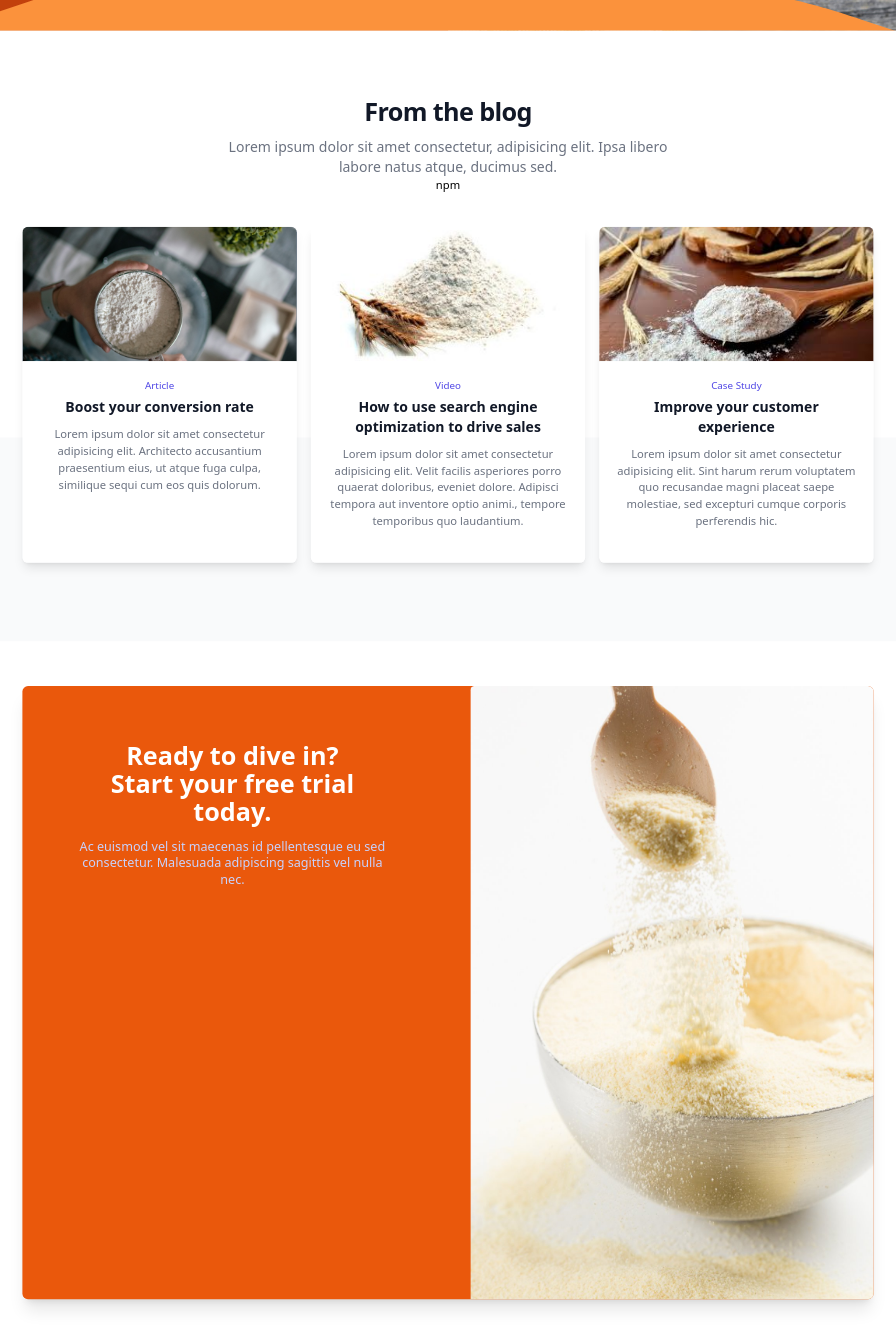
Repository: bellatrick/prime-foods
Page: /
An editor plug-in stored every save of this project. The page is shown before and after the next save, followed by the edit.
The browser window is 1280 px wide. The pictures show the part of the page from y = 690 to 2610 px (the page is 2610 px tall), at 70% of full size.
Some web fonts or font styles are not loaded; a fallback is used. The project was rebuilt for these pictures with package versions that can differ from the ones it lists, and the page was loaded fresh each time. A package was used in the major version that the imports need, not the one package.json lists.

Above is the page before, as saved 2022-04-30 20:05:50.

### public/index.html
<!DOCTYPE html>
<html lang="en">
  <head>
    <meta charset="utf-8" />
    <link rel="icon" href="%PUBLIC_URL%/favicon.ico" />
    <meta name="viewport" content="width=device-width, initial-scale=1" />
    <meta name="theme-color" content="#000000" />
    <meta
      name="description"
      content="Web site created using create-react-app"
    />
    <link rel="apple-touch-icon" href="%PUBLIC_URL%/logo192.png" />
    <link rel="preconnect" href="https://fonts.googleapis.com" />
    <link rel="preconnect" href="https://fonts.gstatic.com" crossorigin />
    <link
      href="https://fonts.googleapis.com/css2?family=Dancing+Script:wght@400;500;600;700&family=Inter:wght@100;200;300;400;500;700;900&family=Kavoon&display=swap"
      rel="stylesheet"
    />
    <!--
      manifest.json provides metadata used when your web app is installed on a
      user's mobile device or desktop. See https://developers.google.com/web/fundamentals/web-app-manifest/
    -->
    <link rel="manifest" href="%PUBLIC_URL%/manifest.json" />
    <!--
      Notice the use of %PUBLIC_URL% in the tags above.
      It will be replaced with the URL of the `public` folder during the build.
      Only files inside the `public` folder can be referenced from the HTML.

      Unlike "/favicon.ico" or "favicon.ico", "%PUBLIC_URL%/favicon.ico" will
      work correctly both with client-side routing and a non-root public URL.
      Learn how to configure a non-root public URL by running `npm run build`.
    -->
    <title>React App</title>
  </head>
  <body>
    <noscript>You need to enable JavaScript to run this app.</noscript>
    <div id="root"></div>
    <!--
      This HTML file is a template.
      If you open it directly in the browser, you will see an empty page.

      You can add webfonts, meta tags, or analytics to this file.
      The build step will place the bundled scripts into the <body> tag.

      To begin the development, run `npm start` or `yarn start`.
      To create a production bundle, use `npm run build` or `yarn build`.
    -->
  </body>
</html>

### src/App.js
import Hero from './components/Hero'
import Features from './components/Features'
import Cta from './components/Cta'
import './App.css';

function App() {
  return (
    <div className="App">
     <Hero/>
     <Features/>
     <Cta/>
    </div>
  );
}

export default App;

### src/components/Hero.jsx
/* This example requires Tailwind CSS v2.0+ */
import { Fragment } from "react";
import { Popover, Transition } from "@headlessui/react";
import {
  BookmarkAltIcon,
  CalendarIcon,
  ChartBarIcon,
  CursorClickIcon,
  MenuIcon,
  PhoneIcon,
  PlayIcon,
  RefreshIcon,
  ShieldCheckIcon,
  SupportIcon,
  ViewGridIcon,
  XIcon,
} from "@heroicons/react/outline";
import { ChevronDownIcon } from "@heroicons/react/solid";
import img1 from "../assets/img10.jpg";
const features = [
  {
    name: "Analytics",
    href: "#",
    description:
      "Get a better understanding of where your traffic is coming from.",
    icon: ChartBarIcon,
  },
  {
    name: "Engagement",
    href: "#",
    description: "Speak directly to your customers in a more meaningful way.",
    icon: CursorClickIcon,
  },
  {
    name: "Security",
    href: "#",
    description: "Your customers' data will be safe and secure.",
    icon: ShieldCheckIcon,
  },
  {
    name: "Integrations",
    href: "#",
    description: "Connect with third-party tools that you're already using.",
    icon: ViewGridIcon,
  },
  {
    name: "Automations",
    href: "#",
    description:
      "Build strategic funnels that will drive your customers to convert",
    icon: RefreshIcon,
  },
];

const resources = [
  {
    name: "Help Center",
    description:
      "Get all of your questions answered in our forums or contact support.",
    href: "#",
    icon: SupportIcon,
  },
  {
    name: "Guides",
    description:
      "Learn how to maximize our platform to get the most out of it.",
    href: "#",
    icon: BookmarkAltIcon,
  },
  {
    name: "Events",
    description:
      "See what meet-ups and other events we might be planning near you.",
    href: "#",
    icon: CalendarIcon,
  },
  {
    name: "Security",
    description: "Understand how we take your privacy seriously.",
    href: "#",
    icon: ShieldCheckIcon,
  },
];


function classNames(...classes) {
  return classes.filter(Boolean).join(" ");
}

export default function Example() {
  return (
    <div className="relative bg-orange-700">
      <Popover className="relative bg-orange-400 shadow">
        <div className="max-w-7xl mx-auto px-4 sm:px-6">
          <div className="flex justify-between items-center py-6 md:justify-start md:space-x-10">
            <div className="flex justify-start lg:w-0 lg:flex-1">
              <p className="text-extrabold text-gray-700 text-3xl font-logo">
                Prime foods
              </p>
            </div>
            <div className="-mr-2 -my-2 md:hidden">
              <Popover.Button className="bg-orange-400 rounded-md p-2 inline-flex items-center justify-center text-gray-400 hover:text-gray-50 hover:bg-gray-100 focus:outline-none focus:ring-2 focus:ring-inset focus:ring-gray-50">
                <span className="sr-only">Open menu</span>
                <MenuIcon className="h-6 w-6" aria-hidden="true" />
              </Popover.Button>
            </div>
            <Popover.Group as="nav" className="hidden md:flex space-x-10">
              <Popover className="relative">
                {({ open }) => (
                  <>
                    <Popover.Button
                      className={classNames(
                        open ? "text-gray-900" : "text-gray-50",
                        "group bg-orange-400 rounded-md inline-flex items-center text-base font-medium hover:text-gray-900 focus:outline-none focus:ring-2 focus:ring-offset-2 focus:ring-gray-50"
                      )}
                    >
                      <span>Solutions</span>
                    </Popover.Button>
                    <Transition
                      as={Fragment}
                      enter="transition ease-out duration-200"
                      enterFrom="opacity-0 translate-y-1"
                      enterTo="opacity-100 translate-y-0"
                      leave="transition ease-in duration-150"
                      leaveFrom="opacity-100 translate-y-0"
                      leaveTo="opacity-0 translate-y-1"
                    >

                    </Transition>
                  </>
                )}
              </Popover>
            </Popover.Group>
          </div>
        </div>
        <Transition
          as={Fragment}
          enter="duration-200 ease-out"
          enterFrom="opacity-0 scale-95"
          enterTo="opacity-100 scale-100"
          leave="duration-100 ease-in"
          leaveFrom="opacity-100 scale-100"
          leaveTo="opacity-0 scale-95"
        >
          <Popover.Panel
            focus
            className="absolute top-0 inset-x-0 z-10 p-2 transition transform origin-top-right md:hidden"
          >
            <div className="rounded-lg shadow-lg ring-1 ring-black ring-opacity-5 bg-[#FB923C] divide-y-2 divide-gray-50">
              <div className="pt-5 pb-6 px-5">
                <div className="flex items-center justify-between">
                  <div>Prime foods</div>
                  <div className="-mr-2">
                    <Popover.Button className="bg-orange-400 rounded-md p-2 inline-flex items-center justify-center text-gray-400 hover:text-gray-50 hover:bg-gray-100 focus:outline-none focus:ring-2 focus:ring-inset focus:ring-gray-50">
                      <span className="sr-only">Close menu</span>
                      <XIcon className="h-6 w-6" aria-hidden="true" />
                    </Popover.Button>
                  </div>
                </div>
                <div className="mt-6">
                  <nav className="grid gap-y-8">
                    {features.map((item) => (
                      <a
                        key={item.name}
                        href={item.href}
                        className="-m-3 p-3 flex items-center rounded-md hover:bg-gray-50"
                      >
                        <item.icon
                          className="flex-shrink-0 h-6 w-6 text-gray-600"
                          aria-hidden="true"
                        />
                        <span className="ml-3 text-base font-medium text-gray-900">
                          {item.name}
                        </span>
                      </a>
                    ))}
                  </nav>
                </div>
              </div>
              <div className="py-6 px-5 space-y-6">
                <div className="grid grid-cols-2 gap-y-4 gap-x-8">
                  {resources.map((item) => (
                    <a
                      key={item.name}
                      href={item.href}
                      className="text-base font-medium text-gray-900 hover:text-gray-700"
                    >
                      {item.name}
                    </a>
                  ))}
                </div>
              </div>
            </div>
          </Popover.Panel>
        </Transition>
      </Popover>

      <main className="lg:relative">
        <div className="mx-auto max-w-7xl w-full pt-16 pb-20 text-center lg:py-48 lg:text-left">
          <div className="px-4 lg:w-1/2 sm:px-8 xl:pr-16">
            <h1 className="text-4xl tracking-tight font-extrabold text-white sm:text-5xl md:text-6xl lg:text-5xl xl:text-6xl">
              <span className="block xl:inline">Yuca Flour</span>{" "}
            </h1>
            <p className="mt-3 max-w-md mx-auto text-lg text-gray-100 sm:text-xl md:mt-5 md:max-w-3xl">
              Yuca flour is a product of cassava. It is nutrient dense and
              provides all the nourishment your body needs to be fortified.
            </p>
            <div className="mt-10 sm:flex sm:justify-center lg:justify-start">
              <div className="mt-3 rounded-md shadow sm:mt-0 sm:ml-3">
                <a
                  href="#preparation"
                  className="w-full flex items-center justify-center px-8 py-3 border border-transparent text-base font-medium rounded-md text-gray-900 bg-orange-400 hover:bg-gray-50 md:py-4 md:text-lg md:px-10"
                >
                  Learn more
                </a>
              </div>
            </div>
          </div>
        </div>
        <div className="relative w-full h-64 sm:h-72 md:h-96 lg:absolute lg:inset-y-0 lg:right-0 lg:w-1/2 lg:h-full">
          <img
            className="absolute inset-0 w-full h-full object-cover"
            src={img1}
            alt=""
          />
        </div>
      </main>
      <div className="absolute bottom-0 left-0 right-0 w-full">
        <svg xmlns="http://www.w3.org/2000/svg" viewBox="0 0 1440 320">
          <path
            fill="#FB923C"
            fill-opacity="1"
            d="M0,288L48,272C96,256,192,224,288,197.3C384,171,480,149,576,165.3C672,181,768,235,864,250.7C960,267,1056,245,1152,250.7C1248,256,1344,288,1392,304L1440,320L1440,320L1392,320C1344,320,1248,320,1152,320C1056,320,960,320,864,320C768,320,672,320,576,320C480,320,384,320,288,320C192,320,96,320,48,320L0,320Z"
          ></path>
        </svg>
      </div>
    </div>
  );
}

### src/components/Features.jsx
import img1 from '../assets/img2.jpg'
import img2 from '../assets/img3.png'
import img3 from '../assets/img4.jfif'
import img4 from '../assets/img5.jpg'
const posts = [
    {
      title: 'Boost your conversion rate',
      href: '#',
      category: { name: 'Article', href: '#' },
      description:
        'Lorem ipsum dolor sit amet consectetur adipisicing elit. Architecto accusantium praesentium eius, ut atque fuga culpa, similique sequi cum eos quis dolorum.',
      date: 'Mar 16, 2020',
      datetime: '2020-03-16',
      imageUrl:
        img2,
      readingTime: '6 min',
    },
    {
      title: 'How to use search engine optimization to drive sales',
      href: '#',
      category: { name: 'Video', href: '#' },
      description:
        'Lorem ipsum dolor sit amet consectetur adipisicing elit. Velit facilis asperiores porro quaerat doloribus, eveniet dolore. Adipisci tempora aut inventore optio animi., tempore temporibus quo laudantium.',
      date: 'Mar 10, 2020',
      datetime: '2020-03-10',
      imageUrl:
        img1,
      readingTime: '4 min',
    },
    {
      title: 'Improve your customer experience',
      href: '#',
      category: { name: 'Case Study', href: '#' },
      description:
        'Lorem ipsum dolor sit amet consectetur adipisicing elit. Sint harum rerum voluptatem quo recusandae magni placeat saepe molestiae, sed excepturi cumque corporis perferendis hic.',
      date: 'Feb 12, 2020',
      datetime: '2020-02-12',
      imageUrl:
        img3,
      readingTime: '11 min',
    },
  ]

  export default function Example() {
    return (
      <div className="relative bg-gray-50 pt-16 pb-20 px-4 sm:px-6 lg:pt-24 lg:pb-28 lg:px-8">
        <div className="absolute inset-0">
          <div className="bg-white h-1/3 sm:h-2/3" />
        </div>
        <div className="relative max-w-7xl mx-auto">
          <div className="text-center">
            <h2 className="text-3xl tracking-tight font-extrabold text-gray-900 sm:text-4xl">From the blog</h2>
            <p className="mt-3 max-w-2xl mx-auto text-xl text-gray-500 sm:mt-4">
              Lorem ipsum dolor sit amet consectetur, adipisicing elit. Ipsa libero labore natus atque, ducimus sed.
            </p>npm
          </div>
          <div className="mt-12 max-w-lg mx-auto grid gap-5 lg:grid-cols-3 lg:max-w-none">
            {posts.map((post) => (
              <div key={post.title} className="flex flex-col rounded-lg shadow-lg overflow-hidden">
                <div className="flex-shrink-0">
                  <img className="h-48 w-full object-cover" src={post.imageUrl} alt="" />
                </div>
                <div className="flex-1 bg-white p-6 flex flex-col justify-between">
                  <div className="flex-1">
                    <p className="text-sm font-medium text-indigo-600">
                      <a href={post.category.href} className="hover:underline">
                        {post.category.name}
                      </a>
                    </p>
                    <a href={post.href} className="block mt-2">
                      <p className="text-xl font-semibold text-gray-900">{post.title}</p>
                      <p className="mt-3 text-base text-gray-500">{post.description}</p>
                    </a>
                  </div>
                  <div className="mt-6 flex items-center">

                  </div>
                </div>
              </div>
            ))}
          </div>
        </div>
      </div>
    )
  }

### src/components/Cta.jsx
import img1 from '../assets/img8.jpg'
export default function Example() {
    return (
      <div className="bg-white">
        <div className="max-w-7xl mx-auto py-16 px-4 sm:px-6 lg:px-8">
          <div className="bg-orange-600 rounded-lg shadow-xl overflow-hidden lg:grid lg:grid-cols-2 lg:gap-4">
            <div className="pt-10 pb-12 px-6 sm:pt-16 sm:px-16 lg:py-16 lg:pr-0 xl:py-20 xl:px-20">
              <div className="lg:self-center">
                <h2 className="text-3xl font-extrabold text-white sm:text-4xl">
                  <span className="block">Ready to dive in?</span>
                  <span className="block">Start your free trial today.</span>
                </h2>
                <p className="mt-4 text-lg leading-6 text-indigo-200">
                  Ac euismod vel sit maecenas id pellentesque eu sed consectetur. Malesuada adipiscing sagittis vel nulla
                  nec.
                </p>

              </div>
            </div>
            <div className="-mt-6 ">
              <img
                className="transform translate-x-6 translate-y-6 rounded-md object-cover object-left-top"
                src={img1}
                alt="App screenshot"
              />
            </div>

          </div>
        </div>
      </div>
    )
  }

### tailwind.config.js
module.exports = {
  content: ["./src/**/*.{js,jsx,ts,tsx}"],
  theme: {
    extend: {
      colors: {
        primary: "#do380c",
      },
      fontFamily: {
        body: ["Inter", "sans-serif"],
        logo: ["Dancing Script", "cursive"],
      },
    },
  },
  plugins: [],
};

Loaded but not shown: src/index.js (common file); src/index.css (common file); src/reportWebVitals.js (common file); src/App.css (common file)

After the next save:
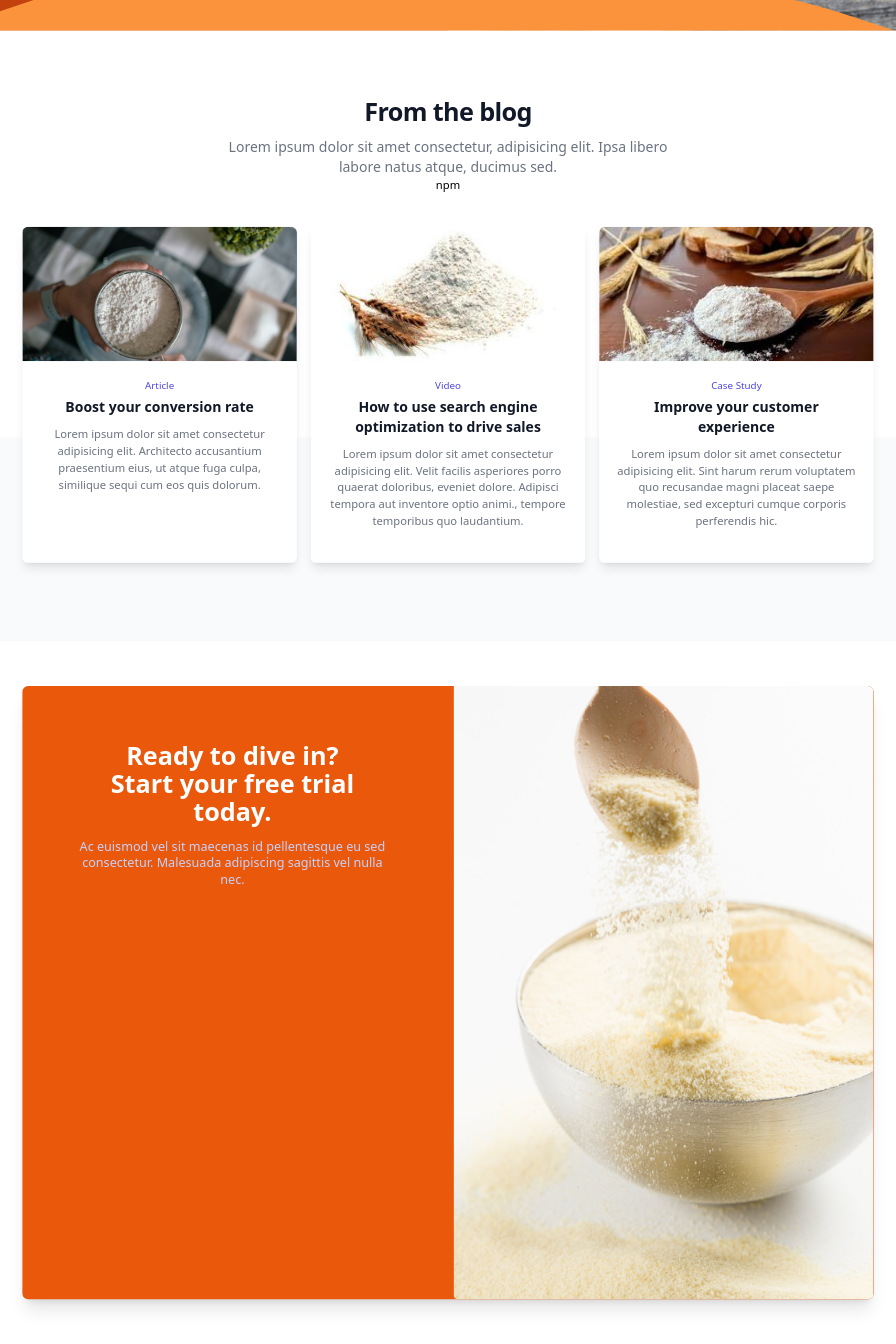
Saved 16 s later.
--- a/src/components/Cta.jsx
+++ b/src/components/Cta.jsx
@@ -19,7 +19,7 @@
             </div>
             <div className="-mt-6 ">
               <img
-                className="transform translate-x-6 translate-y-6 rounded-md object-cover object-left-top"
+                className="transform rounded-md object-cover object-left-top"
                 src={img1}
                 alt="App screenshot"
               />
